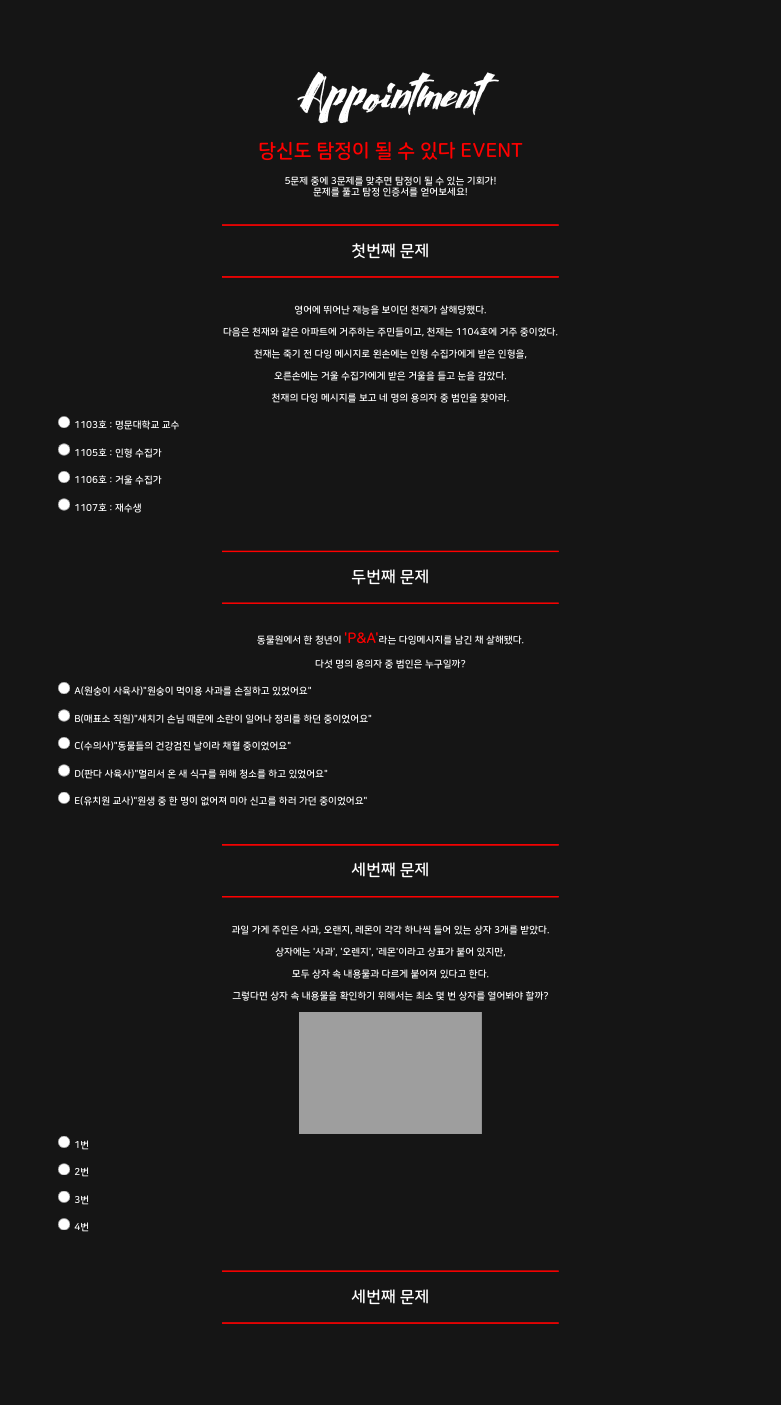
Repository: minkyung0421/Event_Project
Page: http://localhost/Event/letter.jsp
The author's editor kept a copy of each file at every save. The page is drawn from the files as they stood at one save, then again after the next save.
The browser window is 1280 px wide. The pictures show the whole page, at 61% of full size.
Pictures or frames that could not be fetched are drawn as grey boxes. The page is served by Tomcat 9.

Above is the page before, as saved 2018-09-04 17:57:18.

After the next save:
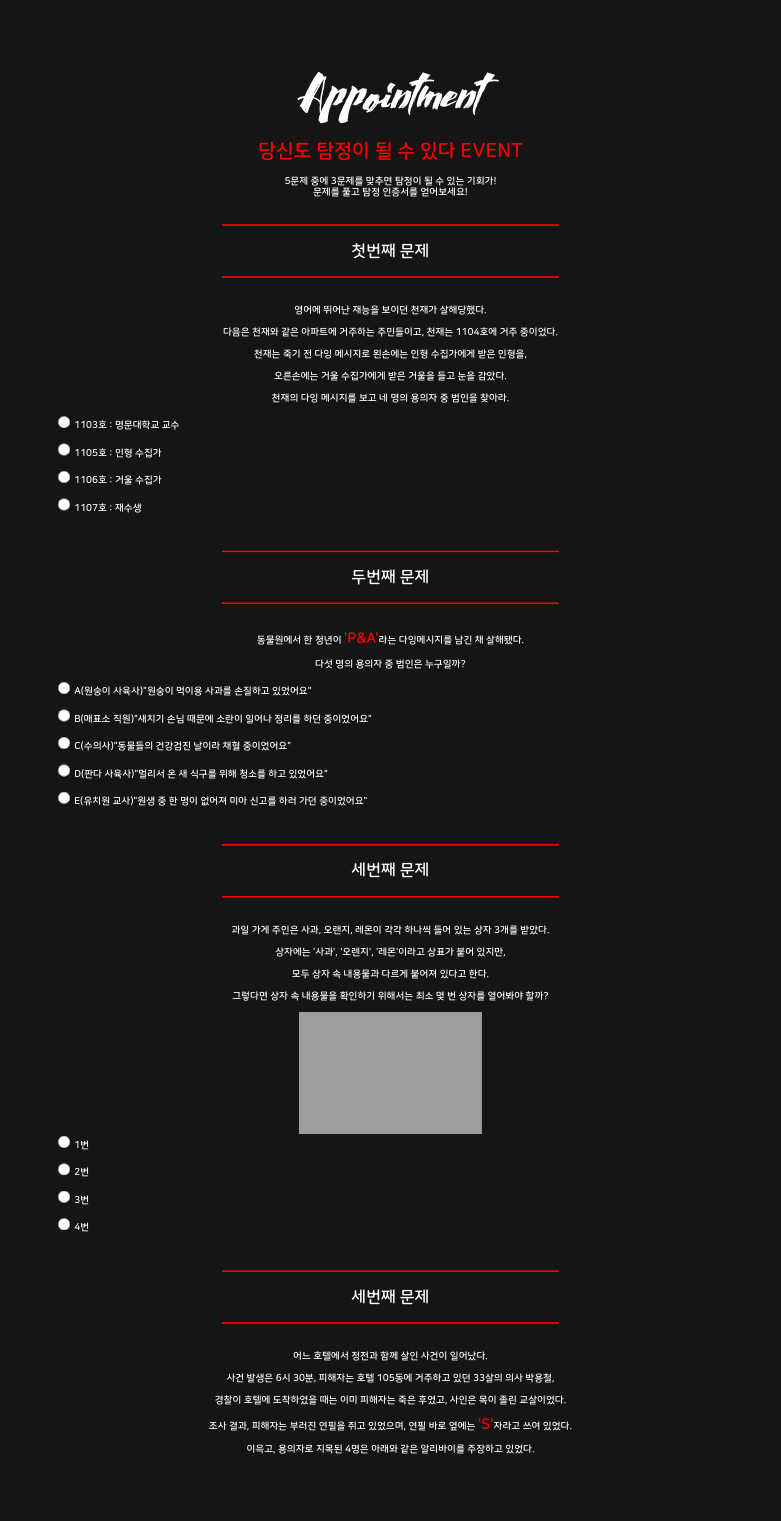
Saved 7 min 52 s later.
--- a/Event_Project/Event/WebContent/letter.jsp
+++ b/Event_Project/Event/WebContent/letter.jsp
@@ -97,7 +97,11 @@ body{
 <hr color="red" style = "width: 50%;">
 <br>
 <br>
-
+어느 호텔에서 정전과 함께 살인 사건이 일어났다.<br><br>
+사건 발생은 6시 30분, 피해자는 호텔 105동에 거주하고 있던  33살의 의사 박용철,<br><br>
+경찰이 호텔에 도착하였을 때는 이미 피해자는 죽은 후였고, 사인은 목이 졸린 교살이었다.<br><br>
+조사 결과, 피해자는 부러진 연필을 쥐고 있었으며, 연필 바로 옆에는 <font size="5pt" color="red">'S'</font>자라고 쓰여 있었다.<br><br>
+이윽고, 용의자로 지목된 4명은 아래와 같은 알리바이를 주장하고 있었다.<br><br>
 </center>
 </form>
 </body>
